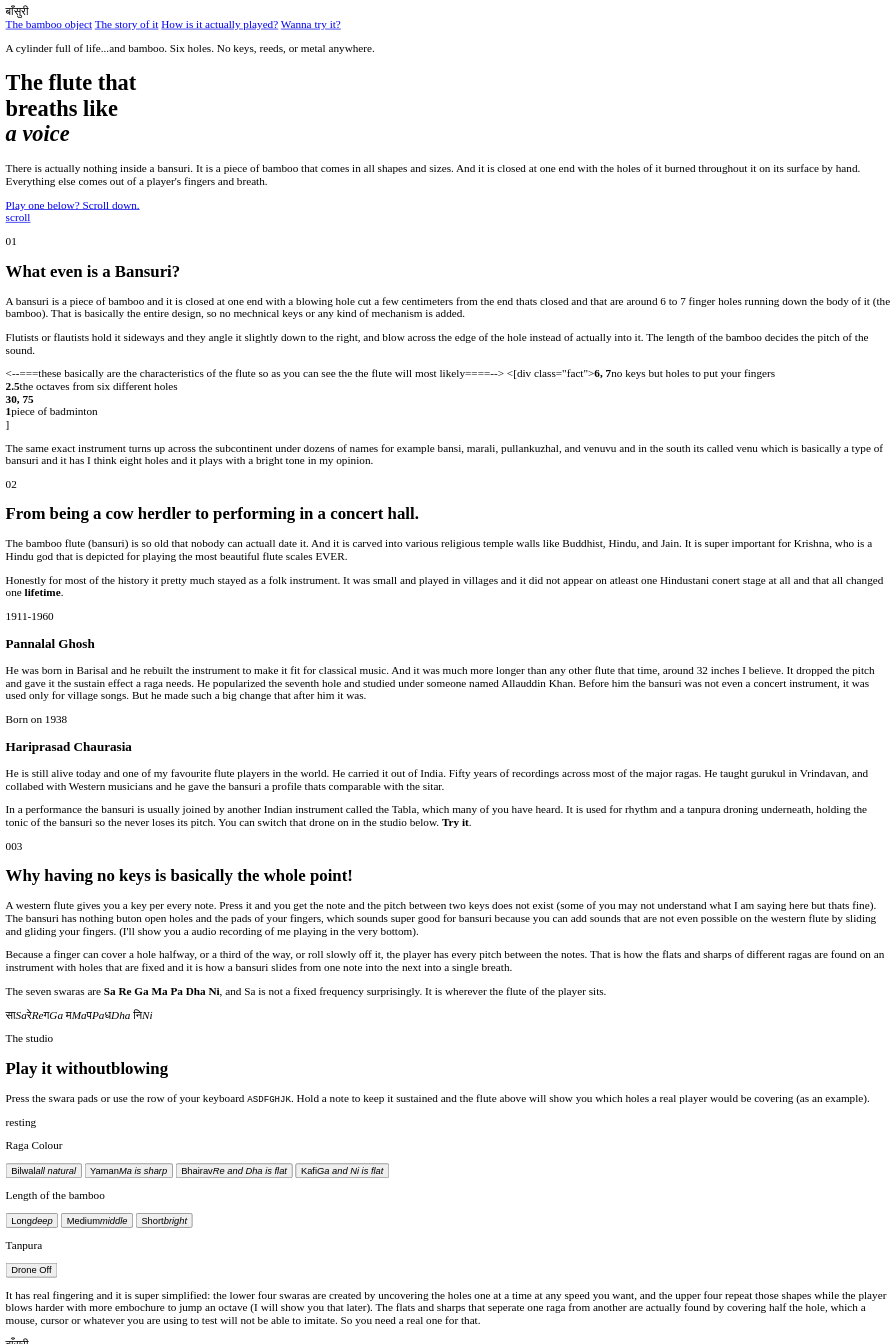
Repository: manayparikh1/Bansi
Page: index.html
An editor plug-in stored every save of this project. The page is shown before and after the next save, followed by the edit.
The browser window is 1280 px wide. The pictures show the part of the page from y = 0 to 1920 px (the page is 2013 px tall before and 2589 px after), at 70% of full size.

Above is the page before, as saved 2026-09-19 21:54:34.

### index.html
<!DOCTYPE html>
<html lang="en">

<head>
    <meta charset="utf-8">
    <meta name="viewport" content="width=device-width, initial-scale=2.0">
    <title>Bansuri ——— the flute with NO keys</title>
    <link rel="preconnect" href="https://fonts.googleapis.com">
    <link rel="preconnect" href="https://fonts.gstatic.com" crossorigin>
    <link href="https://fonts.googleapis.com/css2?family=Marcellus&family=Jost:wght@300;400;500&display=swap"
        rel="stylesheet">
    <link rel="stylesheet" href="style.css">
</head>

<body>
    <div class="stars"></div>
    <nav class="bar">
        <span class="mark">बाँसुरी</span>
        <div class="links">
            <a href="#what">The bamboo object</a>
            <a href="#story">The story of it</a>
            <a href="#play">How is it actually played?</a>
            <a href="#studio" class="hot">Wanna try it?</a>
        </div>
    </nav>
    <!-- ===Hero=== -->
    <header class="hero" id="top">
        <div class="hero-inner">
            <p class="eyebrow">A cylinder full of life...and bamboo. Six holes. No keys, reeds, or metal anywhere.</p>
            <h1>The flute that<br>breaths like<br><em>a voice</em></h1>
            <p class="stand">
                There is actually nothing inside a bansuri. It is a piece of bamboo that comes in all shapes and sizes.
                And it is closed at one end with the holes of it burned throughout it on its surface by hand. Everything
                else comes out of a player's fingers and breath.
            </p>
            <a class="cta" href="#studio">Play one below? Scroll down.</a>
        </div>

        <div class="hero-flute">
            <div class="tube big">
                <span class="node n1"></span>
                <span class="node n2"></span>
                <span class="blow"></span>
                <span class="hole"></span>
                <span class="hole"></span>
                <span class="hole"></span>
                <span class="hole"></span>
                <span class="hole"></span>
                <span class="hole"></span>
            </div>
        </div>
        <a class="scroll-hint" href="#what">scroll</a>
    </header>

    <!-- ==1. the object-->
    <section class="band" id="what">
        <div class="wrap two-col">
            <div class="col-head">
                <p class="num">01</p>
                <h2>What even is a Bansuri?</h2>
            </div>
            <div class="col-body">
                <p class="lead">
                    A bansuri is a piece of bamboo and it is closed at one end with a blowing hole cut a few centimeters
                    from the end thats closed and that are around 6 to 7 finger holes running down the body of it (the
                    bamboo). That is basically the entire design, so no mechnical keys or any kind of mechanism is
                    added.
                </p>
                <p>
                    Flutists or flautists hold it sideways and they angle it slightly down to the right, and blow across
                    the edge of the hole instead of actually into it. The length of the bamboo decides the pitch of the
                    sound.
                </p>
                <--===these basically are the characteristics of the flute so as you can see the the flute will most
                    likely====-->
                    <[div class="fact"><b>6, 7</b><span>no keys but holes to put your fingers
                        </span>
            </div>
            <div class="fact"><b>2.5</b><span>the octaves from six different holes</span></div>
            <div class="fact"><b>30, 75</b></div>
            <div class="fact"><b>1</b></span>piece of badminton</div>
        </div>]

        <p class="aside-note">
            The same exact instrument turns up across the subcontinent under dozens of names for example bansi, marali,
            pullankuzhal, and venuvu and in the south its called venu which is basically a type of bansuri and it has I
            think eight holes and it plays with a bright tone in my opinion.
        </p>
        </div>
        </div>
    </section>
    <!-- == 2.story -->
    <section class="band tint" id="story">
        <div class="wrap two-col">
            <div class="col-head">
                <p class="num">02</p>
                <h2>From being a cow herdler to performing in a concert hall.</h2>
            </div>
            <div class="col-body">
                <p class="hello">
                    The bamboo flute (bansuri) is so old that nobody can actuall date it. And it is carved into various
                    religious temple walls like Buddhist, Hindu, and Jain. It is super important for Krishna, who is a
                    Hindu god that is depicted for playing the most beautiful flute scales EVER.
                </p>
                <p>
                    Honestly for most of the history it pretty much stayed as a folk instrument. It was small and played
                    in villages and it did not appear on atleast one Hindustani conert stage at all and that all changed
                    one <strong>lifetime</strong>.
                </p>

                <div class="people">
                    <div class="person">
                        <p class="years">1911-1960</p>
                        <h3>Pannalal Ghosh</h3>
                        <p>
                            He was born in Barisal and he rebuilt the instrument to make it fit for classical music. And
                            it was much more longer than any other flute that time, around 32 inches I believe. It
                            dropped the pitch and gave it the sustain effect a raga needs. He popularized the seventh
                            hole and studied under someone named Allauddin Khan. Before him the bansuri was not even a
                            concert instrument, it was used only for village songs. But he made such a big change that
                            after him it was.
                        </p>
                    </div>
                    <div class="person">
                        <p class="years">Born on 1938</p>
                        <h3>Hariprasad Chaurasia</h3>
                        <p>
                            He is still alive today and one of my favourite flute players in the world. He carried it
                            out of India. Fifty years of recordings across most of the major ragas. He taught gurukul in
                            Vrindavan, and collabed with Western musicians and he gave the bansuri a profile thats
                            comparable with the sitar.
                        </p>
                    </div>
                </div>
                <p class="tabla">
                    In a performance the bansuri is usually joined by another Indian instrument called the Tabla, which
                    many of you have heard. It is used for rhythm and a tanpura droning underneath, holding the tonic of
                    the bansuri so the never loses its pitch. You can switch that drone on in the studio below.
                    <strong>Try it</strong>.
                </p>
            </div>
        </div>
    </section>
    <!--==3. how is it ac played-->
    <section class="band" id="play" <div class="wrap two-col">

        <div class="col-head" <p class="num">003</p>
            <h2>Why having no keys is basically the whole point!</h2>
            <div>
                <div class="col-body">
                    <p class="lead">
                        A western flute gives you a key per every note. Press it and you get the note and the pitch
                        between two keys does not exist (some of you may not understand what I am saying here but thats
                        fine). The bansuri has nothing buton open holes and the pads of your fingers, which sounds super
                        good for bansuri because you can add sounds that are not even possible on the western flute by
                        sliding and gliding your fingers. (I'll show you a audio recording of me playing in the very
                        bottom).
                    </p>
                    <p>
                        Because a finger can cover a hole halfway, or a third of the way, or roll slowly off it, the
                        player has every pitch between the notes. That is how the flats and sharps of different ragas
                        are found on an instrument with holes that are fixed and it is how a bansuri slides from one
                        note into the next into a single breath.
                    </p>
                    <p>
                        The seven swaras are <b>Sa Re Ga Ma Pa Dha Ni</b>, and Sa is not a fixed frequency surprisingly.
                        It is wherever the flute of the player sits.
                    </p>
                    <div class="rowforswaras">
                        <span>सा<i>Sa</i></span><span>रे<i>Re</i></span><span>ग<i>Ga</i></span>
                        <span>म<i>Ma</i></span><span>प<i>Pa</i></span><span>ध<i>Dha</i></span>
                        <span>नि<i>Ni</i></span>
                    </div>
                </div>
            </div>
    </section>
    <!-- ===4.Studio=== -->
    <section class="thestudio" id="thestudio">
        <div class="wrap">
            <header class="studio-head">
                <p class="gold">The studio</p>
                <h2>Play it <strong>without</strong>blowing</h2>
                <p class="studiosub">
                    Press the swara pads or use the row of your keyboard
                    <kbd>A</kbd><kbd>S</kbd><kbd>D</kbd><kbd>F</kbd><kbd>G</kbd><kbd>H</kbd><kbd>J</kbd><kbd>K</kbd>.
                    Hold a note to keep it sustained and the flute above will show you which holes a real player would
                    be covering (as an example).
                </p>
            </header>
            <!-- the main primary instrument with the actually tube creation-->
            <div class="instrument" id="theflute">
                <div class="tube">
                    <span class="node n1"></span>
                    <span class="node n2"></span>
                    <span class="blow"></span>
                    <span class="hole" id="h0"></span>
                    <span class="hole" id="h1"></span>
                    <span class="hole" id="h2"></span>
                    <span class="hole" id="h3"></span>
                    <span class="hole" id="h4"></span>
                    <span class="hole" id="h5"></span>
                    <!-- only these much holes are enough because its good for beginners. -->
                </div>
                <p class="breath" id="breath">resting</p>
            </div>
            <!-- Controls -->
            <div class="thedesk">
                <div class="set">
                    <p class="set-label">Raga Colour</p>
                    <div class="thechips" id="thaats">
                        <button type="button" class="chip on" data-thaat="bilwal">Bilwal<i>all natural</i></button>
                        <button type="button" class="chip" data-thaat="yaman">Yaman<i>Ma is sharp</i></button>
                        <button type="button" class="chip" data-thaat="bhairav">Bhairav<i>Re and Dha is flat</i>
                        </button>
                        <button type="button" class="chip" data-thaat="kafi">Kafi<i>Ga and Ni is flat</i></button>
                    </div>
                </div>
                <div class="set">
                    <!-- testing straight from my flute -->
                </div>
                <p class="set-label">Length of the bamboo</p>
                <div class="thechips" id="sizes">
                    <button type="button" class="chip" data-base="220.00">Long<i>deep</i></button>
                    <button type="button" class="chip on" data-base="293.66">Medium<i>middle</i></button>
                    <button type="button" class="chip" data-base="392.00">Short<i>bright</i></button>
                </div>
            </div>
            <div class="set">
                <p class="set-label">Tanpura</p>
                <div class="thechips">
                    <button type="button" class="chip" id="drone">Drone Off</button>
                </div>
            </div>
        </div>
        <!-- Swara pads for the fingerings virtual padss-->
        <div class="thepads" id="thepads"></div>
        <p class="thefootnote">
            It has real fingering and it is super simplified: the lower four swaras are created by uncovering the holes
            one at a time at any speed you want, and the upper four repeat those shapes while the player blows harder
            with more embochure to jump an octave (I will show you that later). The flats and sharps that seperate one
            raga from another are actually found by covering half the hole, which a mouse, cursor or whatever you are
            using to test will not be able to imitate. So you need a real one for that.
        </p>
        </div>
    </section>
    <div class="wrap">
        <!-- this is written in devanagri and it is written the same in hindi and nepali बाँसुरी : flute-->
        <footer class="foot">
            <p class="foot-big">बाँसुरी</p>
            <p>A page about a hollow stick that can play as if it sings.</p>
            <p class="small">
                The sound is generated live with the Web Audio Api. If you want to see a page of me with audios of
                playing flute scroll down to the bottom.
            </p>
    </div>
    </footer>
    <!-- above is gonna be the footer -->
    <script src="app.js"></script>
</body>

</html>

### style.css
:root {
    --night: #1c204a;
    --violet: #30397d;
    --deep: #101644;
    --cream: #ededcc;
    --bamboo: #C9A15c;
    --bamboo2: #C9A15c;
    --marigold: #ec9c40;
    --rose: #f17458;
    --peacock: #49925e;
    --muted: #f2f2f2;
    --wrap: 1360px;
    --pad: clamp(20px, 4vw, 64px);
}

* {
    box-sizing: border-box;
}

html {
    scroll-behavior: rosmooth;
}

Loaded but not shown: app.js (no stored copy; drawn as an empty file)

After the next save:
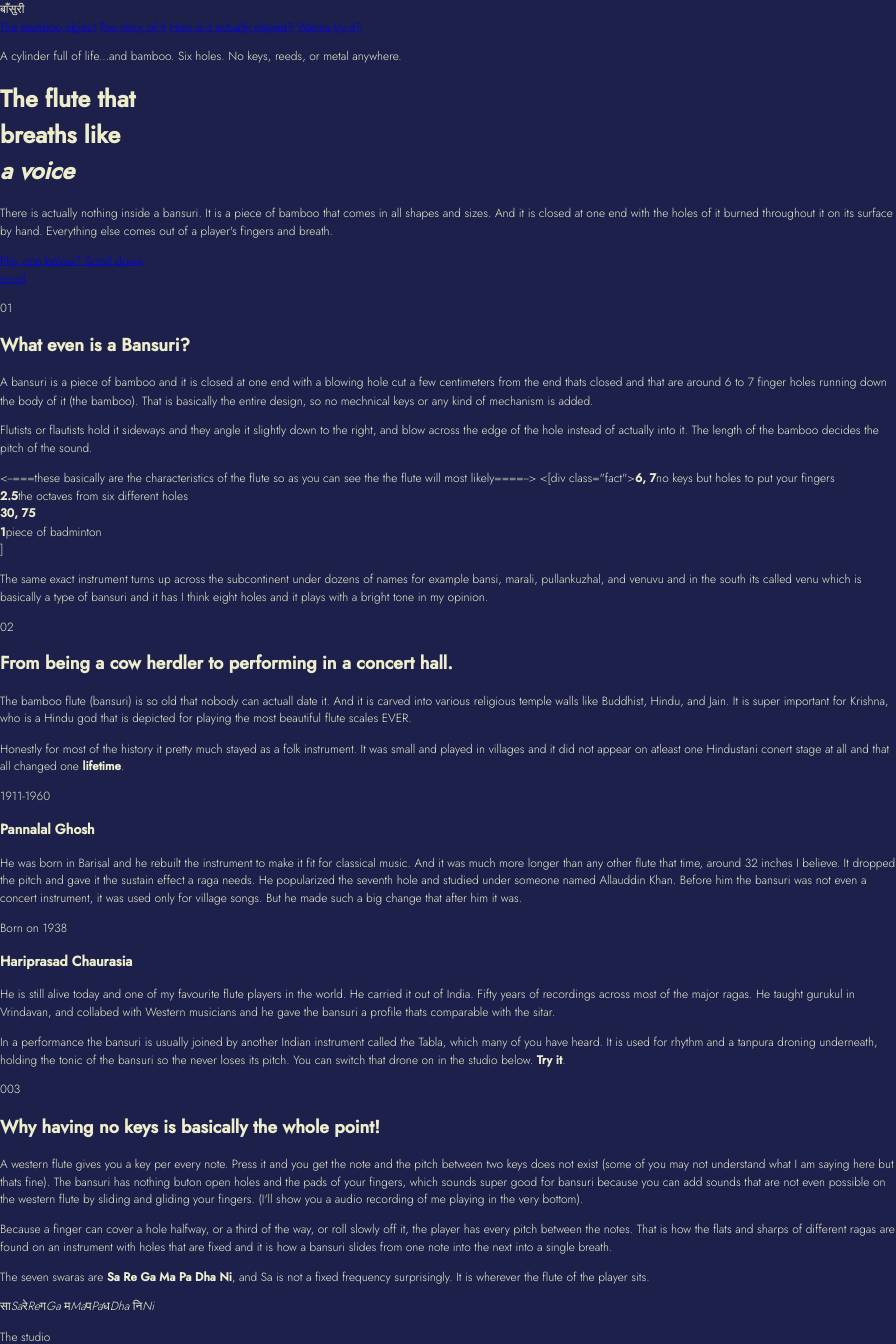
Saved 103 s later.
--- a/style.css
+++ b/style.css
@@ -18,5 +18,16 @@
 }
 
 html {
-    scroll-behavior: rosmooth;
+    scroll-behavior: smooth;
 }
+
+body {
+    margin: 0;
+    color: var(--cream);
+    background: var(--night);
+    font-family: 'Jost', Helvetica, Arial, sans-serif;
+    font-size: 17px;
+    font-weight: 300;
+    line-height: 1.5;
+    overflow-x: hidden;
+}
